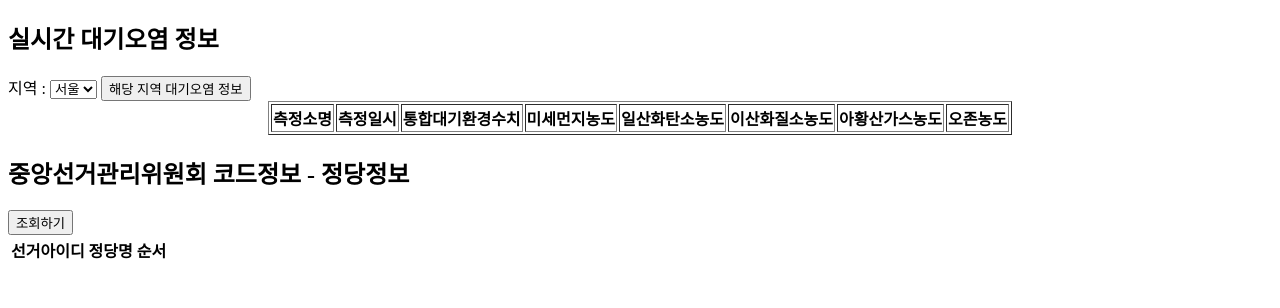
Repository: 1400CP/08_spring-workspace
Page: http://localhost/openDataProject/
These files come from the project's save history. The page is drawn as it stood at one moment and after the next save; the edit follows.
The browser window is 1280 px wide. The pictures show the whole page.
The page is served by Tomcat 9. Other server files are loaded and not shown.

Above is the page before, as saved 2025-04-18 07:13:25.

### openDataProject/src/main/webapp/index.jsp
<%@ page language="java" contentType="text/html; charset=UTF-8"
    pageEncoding="UTF-8"%>
<%@ taglib prefix="c" uri="http://java.sun.com/jsp/jstl/core" %>
<!DOCTYPE html>
<html>
<head>
<meta charset="UTF-8">
<title>Insert title here</title>
<!-- jQuery 라이브러리 -->
<script src="https://ajax.googleapis.com/ajax/libs/jquery/3.4.1/jquery.min.js"></script>
</head>
<body>
	<h2>실시간 대기오염 정보</h2>

	지역 :
	<select id="location">
		<option>서울</option>
		<option>부산</option>
		<option>대전</option>
	</select>
	<button id="btn1">해당 지역 대기오염 정보</button>

	<table id="result1" border="1" align="center">
		<thead>
			<tr>
				<th>측정소명</th>
				<th>측정일시</th>
				<th>통합대기환경수치</th>
				<th>미세먼지농도</th>
				<th>일산화탄소농도</th>
				<th>이산화질소농도</th>
				<th>아황산가스농도</th>
				<th>오존농도</th>
			</tr>
		</thead>
		<tbody></tbody>
	</table>

		<script>
		$(function(){
			$("#btn1").click(function(){
				$.ajax({
					url:"air.do",
					data:{
						location:$("#location").val()
					},
					success:function(data){
						// console.log(data)
						// jQuery에서의 find메소드 : 기준이 되는 요소의 하위 요소들 중 특정 요소를 찾을 때 사용
						// (html, xml 다 사용가능)
						// console.log(data.find("item")) 불가
						// console.log($(data).find("item")) // jQuery로 만들어야 한다.
						// 객체 배열을 준다.

						// xml형식의 응답데이터를 받았을 때
						// 1. 응답데이터 안에 실제 데이터가 담겨있는 요소 선택
						let itemArr = $(data).find("item")

						// 2. 반복문을 통해 실제 담긴 데이터에 접근해서 동적으로 요소 만들기
						let value = ""
						itemArr.each(function(i, item){
						//	console.log(item.find("stationName")); // Query화 시켜야 함
						//	console.log($(item).find("stationName").text());

							value += "<tr>"
								  +		"<td>" + $(item).find("stationName").text() + "</td>"
								  +		"<td>" + $(item).find("dataTime").text() + "</td>"
								  +		"<td>" + $(item).find("khaiValue").text() + "</td>"
								  +		"<td>" + $(item).find("pm10Value").text() + "</td>"
								  +		"<td>" + $(item).find("coValue").text() + "</td>"
								  +		"<td>" + $(item).find("no2Value").text() + "</td>"
								  +		"<td>" + $(item).find("so2Value").text() + "</td>"
								  +		"<td>" + $(item).find("o3Value").text() + "</td>"
								  +	 "</tr>"

						})

						// 3. 동적으로 만들어낸 요소를 화면에 출력
						$("#result1 tbody").html(value);

					},
					error:function(){
						console.log("ajax통신실패")
					}
				})
			})
		})
	</script>

	<!--
	<script> json 형식의 응답데이터
		$(function(){
			$("#btn1").click(function(){
				$.ajax({
					url:"air.do",
					data:{location:$("#location").val()},
					success:function(data){
						// console.log(data.response.body.items)
						const itemArr = data.response.body.items;

						let value = "";
						for(let i in itemArr){
							let item = itemArr[i];

							value += "<tr>"
								   +   "<td>" + item.stationName + "</td>"
								   +   "<td>" + item.dataTime + "</td>"
								   +   "<td>" + item.khaiValue + "</td>"
								   +   "<td>" + item.pm10Value + "</td>"
								   +   "<td>" + item.coValue + "</td>"
								   +   "<td>" + item.no2Value + "</td>"
								   +   "<td>" + item.so2Value + "</td>"
								   +   "<td>" + item.o3Value + "</td>"
								   + "</tr>"

						}

						$("#result1 tbody").html(value);

					},
					error:function(){
						console.log("대기오염 조회 실패")
					}
				})
			})
		})
	</script>
	-->

	<h2>중앙선거관리위원회 코드정보 - 정당정보</h2>
	<input type="button" value="조회하기" id="btn2">

	<div id="result2">
		<table id="table1">
			<thead>
				<tr>
					<th>선거아이디</th>
					<th>정당명</th>
					<th>순서</th>
				</tr>
			</thead>
			<tbody></tbody>
		</table>
	</div>

	<script>
		$(function(){
			$("#btn2").click(function(){
				$.ajax({
					url:"jd.do",
					success:function(data){
						const itemArr = data.response.body.items.item;

						let value = "";
						for(let i in itemArr){
							let item = itemArr[i];

							value += "<tr>"
								  +		"<td>" + item.sgId + "</td>"
								  +		"<td>" + item.jdName + "</td>"
								  +		"<td>" + item.pOrder + "</td>"
								  +  "</tr>"

							console.log(value);
						}

						$("#table1 body").html(value);

					},
					error:function(){
						console.log("코드조회실패")
					}
				})
			})
		})

	</script>




</body>
</html>

After the next save:
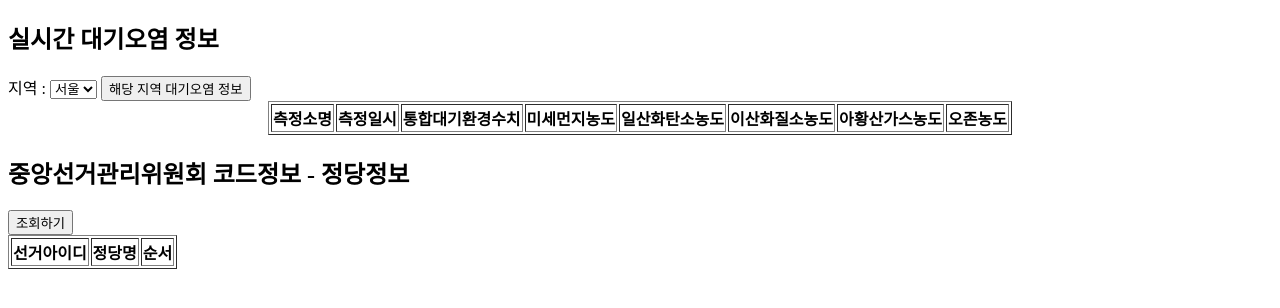
Saved 12 s later.
--- a/openDataProject/src/main/webapp/index.jsp
+++ b/openDataProject/src/main/webapp/index.jsp
@@ -131,7 +131,7 @@
 	<input type="button" value="조회하기" id="btn2">
 
 	<div id="result2">
-		<table id="table1">
+		<table id="table1" border="1" >
 			<thead>
 				<tr>
 					<th>선거아이디</th>
